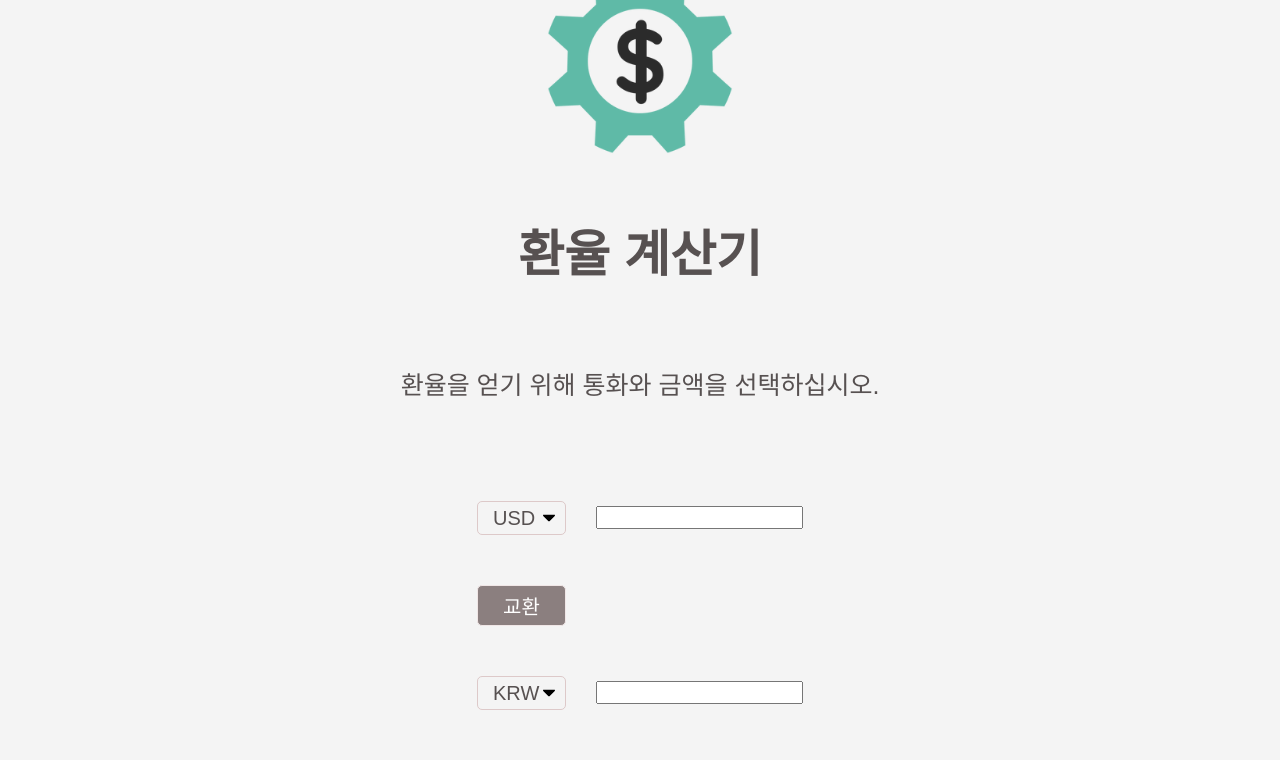
Repository: AbrorjonKuchkarov/exchange-rate
Page: index.html
An editor plug-in stored every save of this project. The page is shown before and after the next save, followed by the edit.
The browser window is 1280 px wide. The pictures show the whole page.

Above is the page before, as saved 2022-02-24 01:47:16.

After the next save:
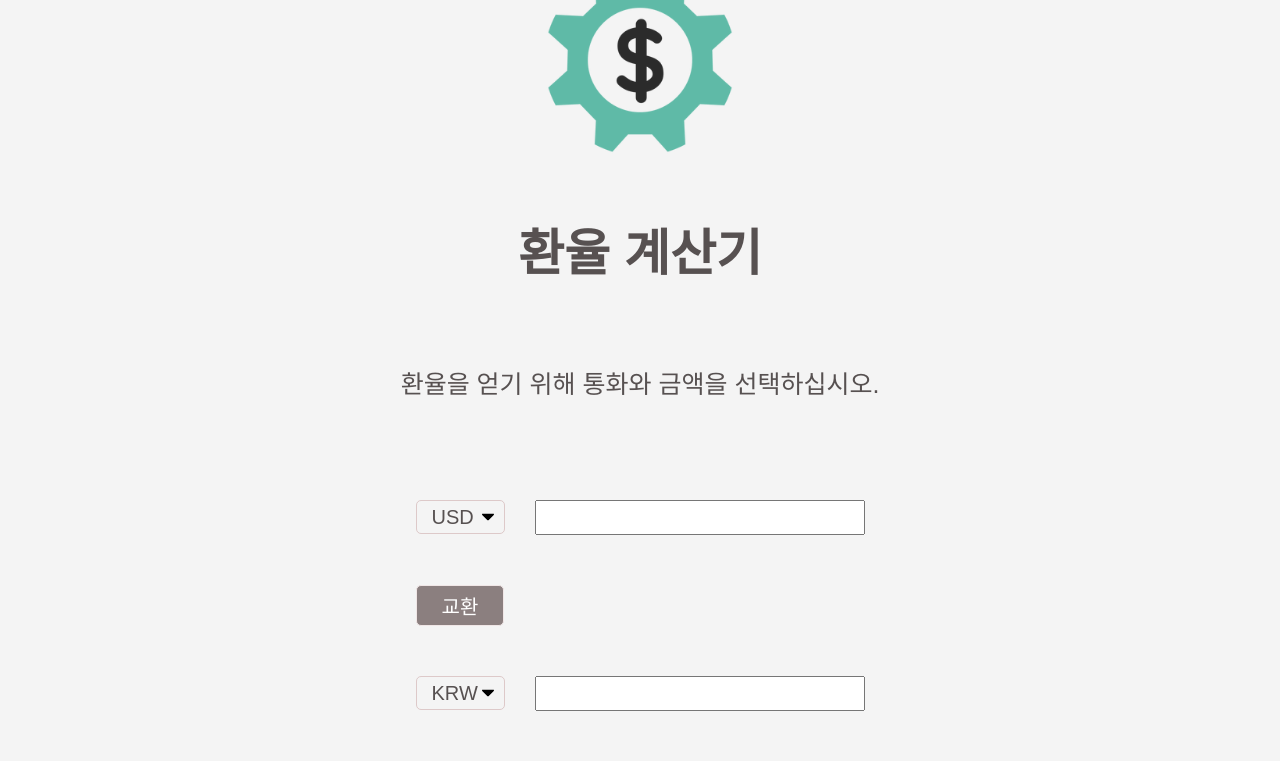
Saved 6 s later.
--- a/style.css
+++ b/style.css
@@ -70,5 +70,5 @@ p{
 }
 
 input{
-   font-size: 15px;
+   font-size: 25px;
 }
